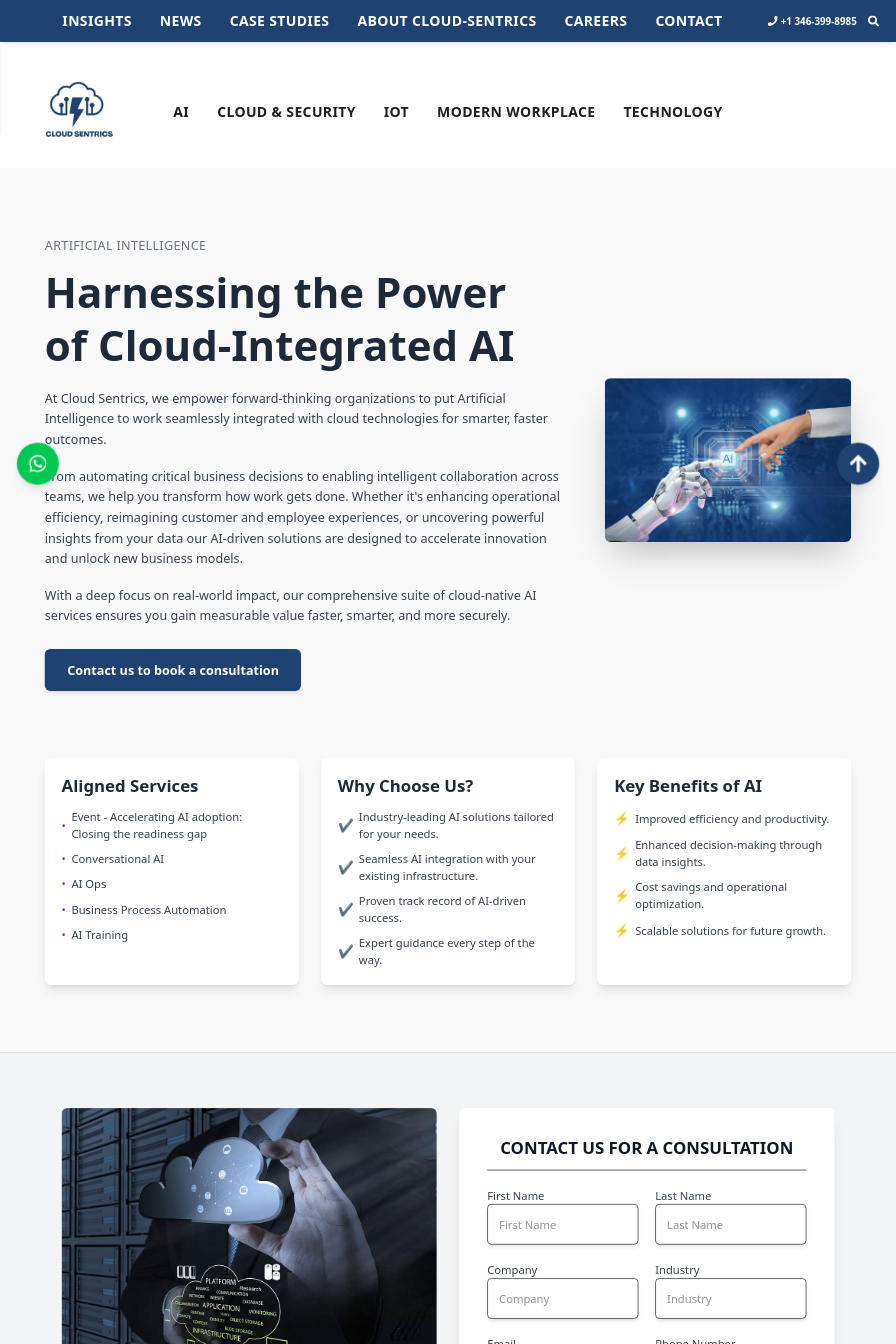
Repository: chykesure/cloudsentrics_
Page: /ai
These files come from the project's save history. The page is drawn as it stood at one moment and after a run of saves; the edit follows.
The browser window is 1280 px wide. The pictures show the part of the page from y = 0 to 1920 px (the page is 3840 px tall before and 4044 px after), at 70% of full size.
The page's requests for data from a server got no answer. The project was rebuilt for these pictures with package versions that can differ from the ones it lists, and the page was loaded fresh each time. No one was signed in, and anything a server would have sent is missing. Also part of the build but not shown: vite.config.js, src/pages/Header.jsx, src/pages/Footer.jsx, src/pages/students/Reviews.jsx, src/pages/students/Testimony.jsx, src/pages/students/TestimonyLanding.jsx, src/pages/LandingPage.jsx, src/pages/students/Header.jsx and 41 more.

Above is the page before, as saved 2025-04-09 20:10:10.

### src/index.css
@import "tailwindcss";

@keyframes zoomInOut {
    0% {
        transform: scale(1);
    }
    100% {
        transform: scale(1.1);
    }
}

.zoom-animation {
    animation: zoomInOut 5s infinite alternate ease-in-out;

}

### src/App.jsx
import { BrowserRouter as Router, Routes, Route } from "react-router-dom";
import LandingPage from "./pages/LandingPage";
import StudentPage from "./pages/students/StudentPage";
import AboutUs from "./pages/students/AboutUs/AboutUs";
import "./App.css";
import AWS from "./pages/students/courses/AWS";
import DevSecOps from "./pages/students/courses/DevSecOps";
import AZURE from "./pages/students/courses/AZURE";
import Blogs from "./pages/students/blogs/Blogs";
import EventsPage from "./pages/students/events/EventsPage";
import FloatsButtons from "./pages/FloatsButtons";
import PartnerPage from "./pages/partners/home/PartnerPage";
import Ai from "./pages/partners/menu/ai";
import CloudSecurity from "./pages/partners/menu/cloudsecurity";
import IOT from "./pages/partners/menu/iot";
import Technology from "./pages/partners/menu/technology";
import Workplace from "./pages/partners/menu/workplace";
import InsightMenu from "./pages/partners/main_menu/insight";
import NewsPage from "./pages/partners/main_menu/news";
import CaseStudy from "./pages/partners/main_menu/casestudy";
import AboutCloud from "./pages/partners/main_menu/aboutus";
import Careers from "./pages/partners/main_menu/careers";
import ContactUs from "./pages/partners/main_menu/contact";

function App() {
  return (
    <Router>
      <div className="flex flex-col min-h-screen">
        {/* Floating Buttons will always be visible */}
        <FloatsButtons />

        <div className="flex-grow pt-20"> {/* Adjust padding-top based on header height */}
          <Routes>

            {/* Student Section */}
            <Route path="/" element={<LandingPage />} />
            <Route path="/StudentPage" element={<StudentPage />} />
            <Route path="/about" element={<AboutUs />} />
            <Route path="/courses/AWS" element={<AWS />} />
            <Route path="/courses/Azure" element={<AZURE />} />
            <Route path="/courses/DevSecOps" element={<DevSecOps />} />
            <Route path="/blog" element={<Blogs />} />
            <Route path="/events" element={<EventsPage />} />

            {/* The Partner Section */}
            <Route path="/PartnerPage" element={<PartnerPage />} />
            <Route path="/ai" element={<Ai />} />
            <Route path="/cloud-security" element={<CloudSecurity />} />
            <Route path="/iot" element={<IOT />} />
            <Route path="/technology" element={<Technology />} />
            <Route path="/modern-workplace" element={<Workplace />} />
            <Route path="/insights" element={<InsightMenu />} />
            <Route path="/news" element={<NewsPage />} />
            <Route path="/case-studies" element={<CaseStudy />} />
            <Route path="/about-cloudsentrics" element={<AboutCloud />} />
            <Route path="/careers" element={<Careers />} />
            <Route path="/contact" element={<ContactUs />} />
          </Routes>
        </div>
      </div>
    </Router>
  );
}

export default App;

### src/pages/FloatsButtons.jsx
import { FaWhatsapp, FaArrowUp } from "react-icons/fa";
import { motion } from "framer-motion";

const FloatsButtons = () => {
    const scrollToTop = () => {
        window.scrollTo({ top: 0, behavior: "smooth" });
    };

    return (
        <>
            {/* Floating WhatsApp Button (Left) */}
            <motion.a
                href="https://wa.me/message/62QVNSESZ56FC1"
                target="_blank"
                rel="noopener noreferrer"
                className="fixed bottom-6 left-6 bg-green-500 text-white p-4 rounded-full shadow-lg flex items-center justify-center z-50"
                title="Chat with us on WhatsApp"
                animate={{ y: [0, -10, 0] }}
                transition={{ duration: 1.5, repeat: Infinity, repeatType: "reverse", ease: "easeInOut" }}
                whileHover={{ scale: 1.2 }}
            >
                <FaWhatsapp size={28} />
            </motion.a>

            {/* Floating Back to Top Button (Right) */}
            <motion.button
                onClick={scrollToTop}
                className="fixed bottom-6 right-6 bg-[#1e4272] text-white p-4 rounded-full shadow-lg flex items-center justify-center z-50"
                title="Back to Top"
                animate={{ y: [0, -10, 0] }}
                transition={{ duration: 1.5, repeat: Infinity, repeatType: "reverse", ease: "easeInOut" }}
                whileHover={{ scale: 1.2 }}
            >
                <FaArrowUp size={28} />
            </motion.button>
        </>
    );
};

export default FloatsButtons;

### src/pages/partners/menu/ai.jsx
import React from "react";
import Header from "../Header";
import { motion } from "framer-motion";
import { Link } from "react-router-dom";
import FormsPage from "./forms";
import RelatedServices from "./services";
import Footer from "../home/Footer";

const logo = "/assets/logo.jpg";
const aibg = "/assets/ai.jpg";

const Ai = () => {
    return (
        <div className="min-h-screen bg-[#0d1b2a] text-white">
            {/* Header Section */}
            <div className="flex justify-center px-6 md:px-12 py-6 bg-white shadow-lg w-full h-28 md:h-32 lg:h-40">
                <div className="flex items-center justify-between w-full max-w-[1200px] mx-auto h-full">

                    {/* Left: Logo and Branding - Fully Left-Aligned */}
                    <div className="absolute left-0 flex items-center w-auto h-full">
                        <Link to="/PartnerPage">
                            <img
                                src={logo}
                                alt="Cloudsentrics Logo"
                                className="h-20 md:h-28 lg:h-34 w-auto ml-9 transition-all duration-300"
                            />
                        </Link>
                    </div>

                    {/* Right: Navigation Menu - Centered */}
                    <motion.div
                        className="hidden md:flex flex-grow justify-center items-center space-x-6 lg:space-x-10 text-lg md:text-xl font-bold text-[#1e1e1e] tracking-wide h-full"
                        initial={{ opacity: 0, y: -10 }}
                        animate={{ opacity: 1, y: 0 }}
                        transition={{ duration: 0.6, ease: "easeOut" }}
                    >
                        {[
                            { label: "AI", path: "/ai" },
                            { label: "CLOUD & SECURITY", path: "/cloud-security" },
                            { label: "IOT", path: "/iot" },
                            { label: "MODERN WORKPLACE", path: "/modern-workplace" },
                            { label: "TECHNOLOGY", path: "/technology" }
                        ].map((item, index) => (
                            <Link key={index} to={item.path}>
                                <motion.span
                                    className="cursor-pointer transition-all duration-300 hover:text-blue-600 hover:scale-105 whitespace-nowrap"
                                    whileHover={{ scale: 1.1 }}
                                >
                                    {item.label}
                                </motion.span>
                            </Link>
                        ))}
                    </motion.div>

                </div>
            </div>



            <Header />

            {/* AI Section */}
            <section className="bg-[#f9f9f9] px-6 md:px-16 py-16 lg:py-24 grid grid-cols-1 lg:grid-cols-3 gap-12">
                {/* Left Text Content */}
                <div className="lg:col-span-2 animate__animated animate__fadeIn flex-shrink-0 space-y-6">
                    {/* Heading Section */}
                    <div className="text-center lg:text-left">
                        <h3 className="text-lg font-medium text-gray-500 uppercase tracking-wide">Artificial Intelligence</h3>
                        <h1 className="text-4xl md:text-5xl lg:text-6xl font-bold leading-tight mt-4 text-gray-800">
                            Harnessing the Power <br />  of Cloud-Integrated AI
                        </h1>
                    </div>

                    {/* Paragraph Content */}
                    <p className="text-lg text-gray-700 mt-6 leading-relaxed">
                        At Cloud Sentrics, we empower forward-thinking organizations to put Artificial Intelligence to work seamlessly integrated with cloud technologies for smarter, faster outcomes.
                    </p>
                    <p className="text-lg text-gray-700 mt-6 leading-relaxed">
                    From automating critical business decisions to enabling intelligent collaboration across teams, we help you transform how work gets done. Whether it's enhancing operational efficiency, reimagining customer and employee experiences, or uncovering powerful insights from your data our AI-driven solutions are designed to accelerate innovation and unlock new business models.
                    </p>
                    <p className="text-lg text-gray-700 mt-6 leading-relaxed">
                    With a deep focus on real-world impact, our comprehensive suite of cloud-native AI services ensures you gain measurable value faster, smarter, and more securely.
                    </p>

                    {/* Call to Action Button */}
                    <div className="flex justify-center lg:justify-start mt-8">
                        <a
                            href="#"
                            className="bg-[#1e4272] text-white text-center py-4 px-8 rounded-lg font-semibold text-lg shadow-md hover:bg-purple-800 hover:scale-105 transition duration-300 ease-in-out transform hover:translate-y-1 w-full md:w-auto"
                        >
                            Contact us to book a consultation
                        </a>
                    </div>
                </div>


                {/* Right AI Image */}
                <div className="lg:col-span-1 flex justify-center items-center flex-shrink-0">
                    <motion.img
                        src={aibg}
                        alt="AI Representation"
                        className="w-full max-w-lg rounded-lg shadow-2xl"
                        animate={{ y: [0, -10, 0] }}
                        transition={{ duration: 1.5, repeat: Infinity, ease: "easeInOut" }}
                    />
                </div>

                {/* Bottom Section */}
                <div className="lg:col-span-3 flex flex-col gap-6 w-full">

                    {/* Grid Content */}
                    <div className="grid grid-cols-1 md:grid-cols-2 lg:grid-cols-3 gap-8 mt-12 w-full">
                        {/* Aligned Services */}
                        <div className="bg-white p-6 rounded-lg shadow-lg border-gray-200 hover:scale-105 hover:shadow-xl flex-shrink-0 w-full">
                            <h4 className="text-2xl font-semibold text-gray-800">Aligned Services</h4>
                            <ul className="mt-4 space-y-3 text-gray-700">
                                {[
                                    "Event - Accelerating AI adoption: Closing the readiness gap",
                                    "Conversational AI",
                                    "AI Ops",
                                    "Business Process Automation",
                                    "AI Training"
                                ].map((service, index) => (
                                    <li key={index} className="flex items-center space-x-2">
                                        <span className="text-purple-600">•</span>
                                        <span>{service}</span>
                                    </li>
                                ))}
                            </ul>
                        </div>

                        {/* Why Choose Us? */}
                        <div className="bg-white p-6 rounded-lg shadow-lg border-gray-200 hover:scale-105 hover:shadow-xl flex-shrink-0 w-full">
                            <h4 className="text-2xl font-semibold text-gray-800">Why Choose Us?</h4>
                            <ul className="mt-4 space-y-3 text-gray-700">
                                {[
                                    "Industry-leading AI solutions tailored for your needs.",
                                    "Seamless AI integration with your existing infrastructure.",
                                    "Proven track record of AI-driven success.",
                                    "Expert guidance every step of the way."
                                ].map((reason, index) => (
                                    <li key={index} className="flex items-center space-x-2">
                                        <span className="text-green-600 text-lg">✔</span>
                                        <span>{reason}</span>
                                    </li>
                                ))}
                            </ul>
                        </div>

                        {/* Key Benefits of AI */}
                        <div className="bg-white p-6 rounded-lg shadow-lg border-gray-200 hover:scale-105 hover:shadow-xl flex-shrink-0 w-full">
                            <h4 className="text-2xl font-semibold text-gray-800">Key Benefits of AI</h4>
                            <ul className="mt-4 space-y-3 text-gray-700">
                                {[
                                    "Improved efficiency and productivity.",
                                    "Enhanced decision-making through data insights.",
                                    "Cost savings and operational optimization.",
                                    "Scalable solutions for future growth."
                                ].map((benefit, index) => (
                                    <li key={index} className="flex items-center space-x-2">
                                        <span className="text-blue-600 text-lg">⚡</span>
                                        <span>{benefit}</span>
                                    </li>
                                ))}
                            </ul>
                        </div>
                    </div>
                </div>
            </section>

            <section className="px-4 sm:px-6 md:px-6 lg:px-8 py-8 bg-gray-100">
                <FormsPage />
            </section>

            <section className="px-4 sm:px-6 md:px-6 lg:px-8 py-8 bg-gray-100">
                <RelatedServices />
            </section>

            {/* Footer Section */}
            <section className="px-0 sm:px-0 md:px-0 lg:px-0 py-8 bg-gray-100 w-full">
                <Footer />
            </section>

        </div>
    );
};

export default Ai;

### src/pages/partners/home/Footer.jsx
import React from 'react';
import { FaLinkedin, FaXTwitter, FaInstagram } from 'react-icons/fa6';
import { Link } from 'react-router-dom';

function Footer() {
    return (
        <footer className="bg-white text-black py-6 border-t border-gray-300 text-sm w-full">
            <div className="w-full px-6 lg:px-12">
                {/* Main Footer Section */}
                <div className="flex flex-col md:flex-row justify-between items-center text-center md:text-left">
                    <h3 className="font-bold text-lg text-blue-900">Powering Cloud-Integrated Digital Transformation</h3>

                    {/* Social Icons */}
                    <div className="flex space-x-4 mt-4 md:mt-0">
                        <a href="https://www.linkedin.com/posts/cloud-sentrics_cloud-sentrics-linkedin-activity-7291379079860117505-ve54?utm_source=share&utm_medium=member_android" target="_blank" rel="noopener noreferrer" className="text-gray-600 hover:text-black">
                            <FaLinkedin size={20} />
                        </a>
                        <a href="https://x.com/CloudSentrics" target="_blank" rel="noopener noreferrer" className="text-gray-600 hover:text-black">
                            <FaXTwitter size={20} />
                        </a>
                        <a href="https://www.instagram.com/cloudsentrics/" target="_blank" rel="noopener noreferrer" className="text-gray-600 hover:text-black">
                            <FaInstagram size={20} />
                        </a>
                    </div>
                </div>

                {/* Footer Links */}
                <div className="mt-4 text-center md:text-left">
                    <p>© {new Date().getFullYear()} All rights reserved |
                        <Link to="#" className="ml-2 hover:text-blue-600">Privacy Notice</Link> |
                        <Link to="#" className="ml-2 hover:text-blue-600">Terms & Conditions</Link> |
                        <Link to="#" className="ml-2 hover:text-blue-600">Website T&Cs</Link> |
                        <Link to="#" className="ml-2 hover:text-blue-600">Cookies Policy</Link> |
                        <Link to="#" className="ml-2 hover:text-blue-600">Anti-Slavery Policy</Link> |
                        <Link to="#" className="ml-2 hover:text-blue-600">Sitemap</Link> |
                        <Link to="#" className="ml-2 hover:text-blue-600">Learn more</Link>
                    </p>
                </div>
            </div>
        </footer>
    );
}

export default Footer;

### src/pages/partners/menu/services.jsx
import React from "react";
import { motion } from "framer-motion";

const ai_trainning = "/assets/ai_trainning.jpg";
const ai_conversation = "/assets/ai_conversation.jpg";
const ai_ops = "/assets/ai_ops.jpg";
const bpa = "/assets/bpa.jpg";

const RelatedServices = () => {
    const services = [
        {
            title: "Conversational AI",
            description:
                "Boost engagement and productivity with a next generation customer experience",
            image: ai_conversation,
        },
        {
            title: "AI Ops",
            description:
                "Ensure resilience and prevent and resolve incidents with AIOps",
            image: ai_ops,
        },
        {
            title: "Business Process Automation",
            description:
                "Accelerate how work gets done and amplify digital efficiencies",
            image: bpa,
        },
        {
            title: "AI Training",
            description:
                "Discover the true business value of artificial intelligence",
            image: ai_trainning,
        },
    ];

    return (
        <section className="py-12 bg-gray-100">
            <div className="container mx-auto px-6 text-center">
                <h2 className="text-3xl font-bold text-gray-900 mb-6">
                    Related Services
                </h2>
                <div className="w-16 h-1 bg-blue-600 mx-auto mb-8"></div>
                <div className="grid grid-cols-1 md:grid-cols-2 lg:grid-cols-4 gap-8">
                    {services.map((service, index) => (
                        <motion.div
                            key={index}
                            className="relative bg-white rounded-lg shadow-lg overflow-hidden min-h-[400px]"
                            whileHover={{ scale: 1.05, y: -5 }}
                            transition={{ type: "spring", stiffness: 200, damping: 10 }}
                        >
                            <img
                                src={service.image}
                                alt={service.title}
                                className="w-full h-64 md:h-80 object-cover"
                            />
                            <div className="p-6">
                                <h3 className="text-xl font-semibold text-gray-800 mb-2">
                                    {service.title}
                                </h3>
                                <p className="text-gray-600">{service.description}</p>
                            </div>
                        </motion.div>
                    ))}
                </div>
            </div>
        </section>
    );
};

export default RelatedServices;

Loaded but not shown: index.html (common file); src/main.jsx (common file); src/pages/students/AboutUs/AboutUs.jsx (399 lines, source omitted); src/pages/partners/menu/forms.jsx (209 lines, source omitted); src/pages/partners/Header.jsx (114 lines, source omitted)

After the next 2 saves:
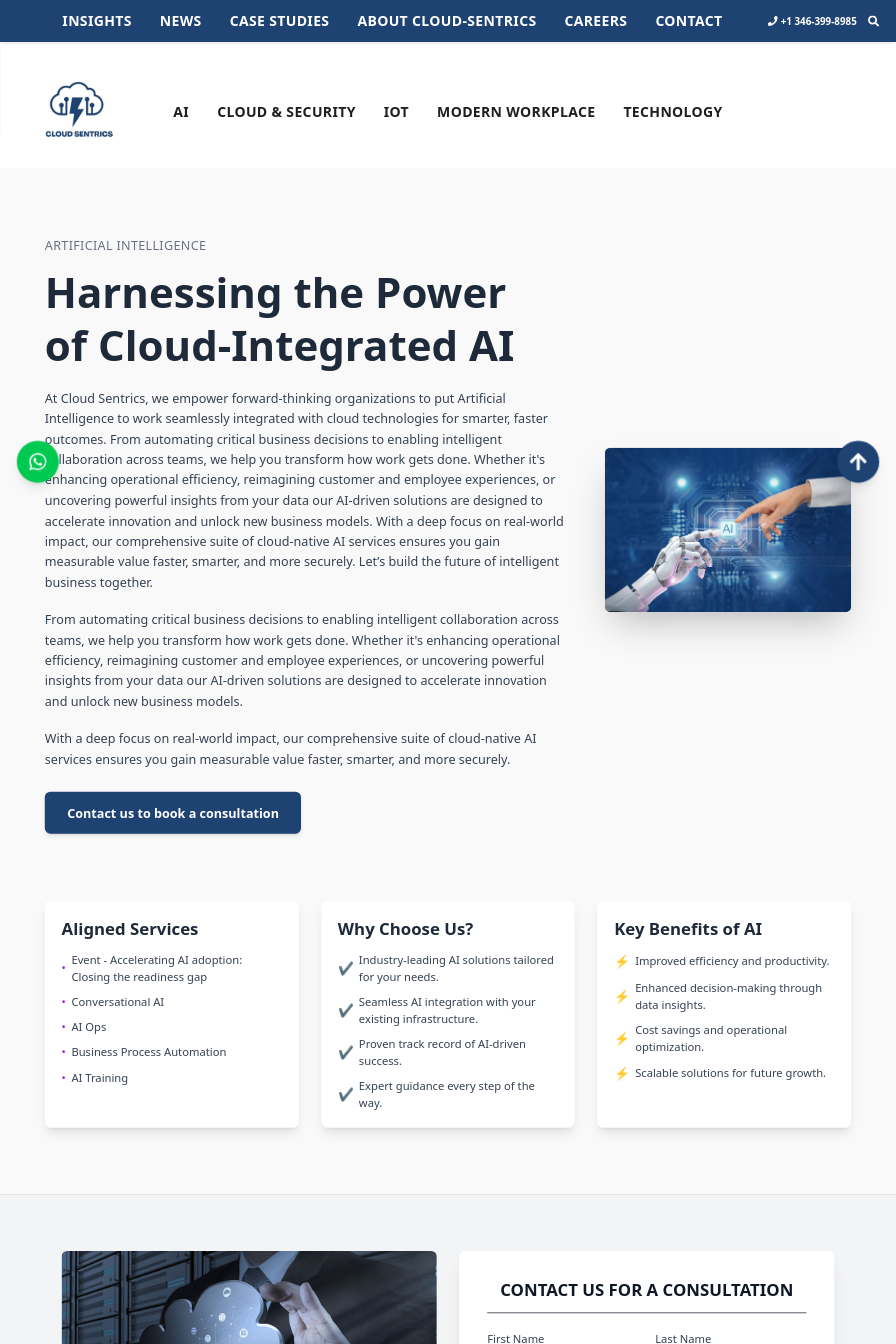
The 2 saves are shown as one change because they came seconds apart.
The last was saved 53 s later.
--- a/src/pages/partners/menu/ai.jsx
+++ b/src/pages/partners/menu/ai.jsx
@@ -74,12 +74,18 @@
                     {/* Paragraph Content */}
                     <p className="text-lg text-gray-700 mt-6 leading-relaxed">
                         At Cloud Sentrics, we empower forward-thinking organizations to put Artificial Intelligence to work seamlessly integrated with cloud technologies for smarter, faster outcomes.
+
+                        From automating critical business decisions to enabling intelligent collaboration across teams, we help you transform how work gets done. Whether it's enhancing operational efficiency, reimagining customer and employee experiences, or uncovering powerful insights from your data our AI-driven solutions are designed to accelerate innovation and unlock new business models.
+
+                        With a deep focus on real-world impact, our comprehensive suite of cloud-native AI services ensures you gain measurable value faster, smarter, and more securely.
+
+                        Let’s build the future of intelligent business together.
                     </p>
                     <p className="text-lg text-gray-700 mt-6 leading-relaxed">
-                    From automating critical business decisions to enabling intelligent collaboration across teams, we help you transform how work gets done. Whether it's enhancing operational efficiency, reimagining customer and employee experiences, or uncovering powerful insights from your data our AI-driven solutions are designed to accelerate innovation and unlock new business models.
+                        From automating critical business decisions to enabling intelligent collaboration across teams, we help you transform how work gets done. Whether it's enhancing operational efficiency, reimagining customer and employee experiences, or uncovering powerful insights from your data our AI-driven solutions are designed to accelerate innovation and unlock new business models.
                     </p>
                     <p className="text-lg text-gray-700 mt-6 leading-relaxed">
-                    With a deep focus on real-world impact, our comprehensive suite of cloud-native AI services ensures you gain measurable value faster, smarter, and more securely.
+                        With a deep focus on real-world impact, our comprehensive suite of cloud-native AI services ensures you gain measurable value faster, smarter, and more securely.
                     </p>
 
                     {/* Call to Action Button */}
